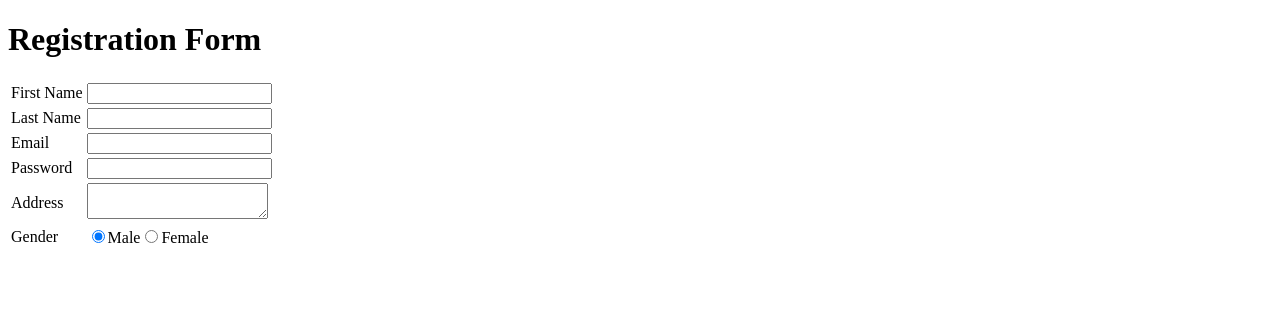
Repository: Laxman877/MyWorkspace
Page: Corejava/Learning_Web/src/main/webapp/division.html
An editor plug-in stored every save of this project. The page is shown before and after the next save, followed by the edit.
The browser window is 1280 px wide. The pictures show the whole page.

Above is the page before, as saved 2022-04-27 05:07:14.

After the next save:
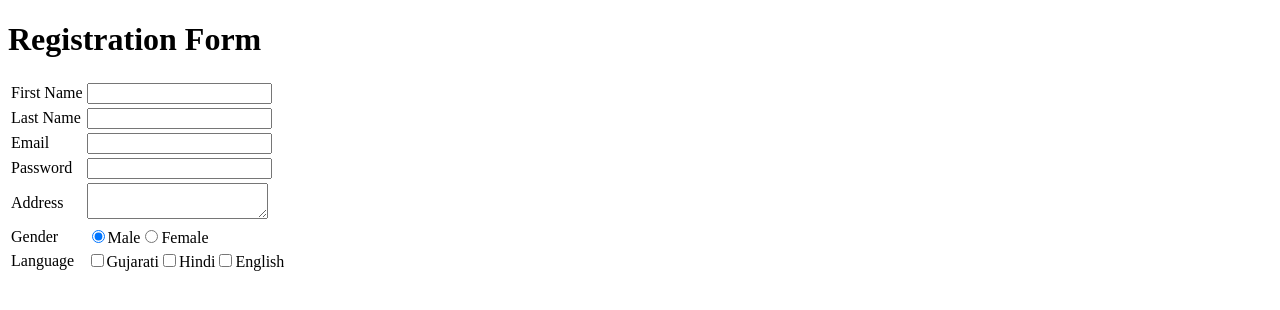
Saved 2 min 11 s later.
--- a/Corejava/Learning_Web/src/main/webapp/division.html
+++ b/Corejava/Learning_Web/src/main/webapp/division.html
@@ -38,6 +38,10 @@
 <td><label>Gender</label></td>
 <td><input type="radio" name="gender" checked="checked">Male<input type="radio" name="gender">Female</td>
 </tr>
+<tr>
+<td><label>Language</label></td>
+<td><input type="checkbox">Gujarati<input type="checkbox">Hindi<input type="checkbox">English</td>
+</tr>
 </table>
 </form>
 </body>
